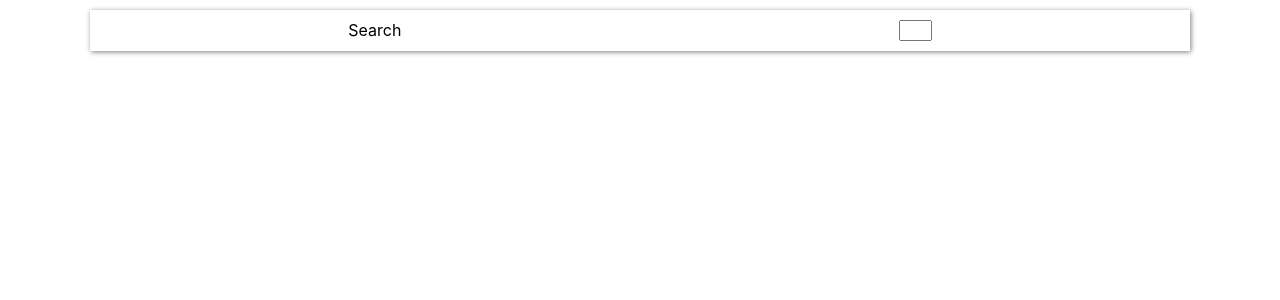
Repository: the-manohar/gallery
Page: /
The author's editor kept a copy of each file at every save. The page is drawn from the files as they stood at one save, then again after the next save.
The browser window is 1280 px wide. The pictures show the whole page.
The project was rebuilt for these pictures with package versions that can differ from the ones it lists, and the page was loaded fresh each time.

Above is the page before, as saved 2020-06-18 22:27:33.

### src/App.js
import React, { useState } from "react";
import "./App.css";

function App() {
  const [value, setValue] = useState("");
  return (
    <div className="App">
      <div className="mydiv">
        <span>Search</span>
        <input
          style={{ width: 25 }}
          type="text"
          value={value}
          onChange={(event) => setValue(event.target.value)}
        />
      </div>
    </div>
  );
}

export default App;

### src/App.css
.App {
  text-align: center;
}
.mydiv {
  display: flex;
  justify-content: space-around;
  margin: 10px 7%;
  box-shadow: 1px 1px 5px grey;
  padding: 10px;
}

Loaded but not shown: public/index.html (common file); src/index.js (common file); src/index.css (common file); src/serviceWorker.js (common file)

After the next save:
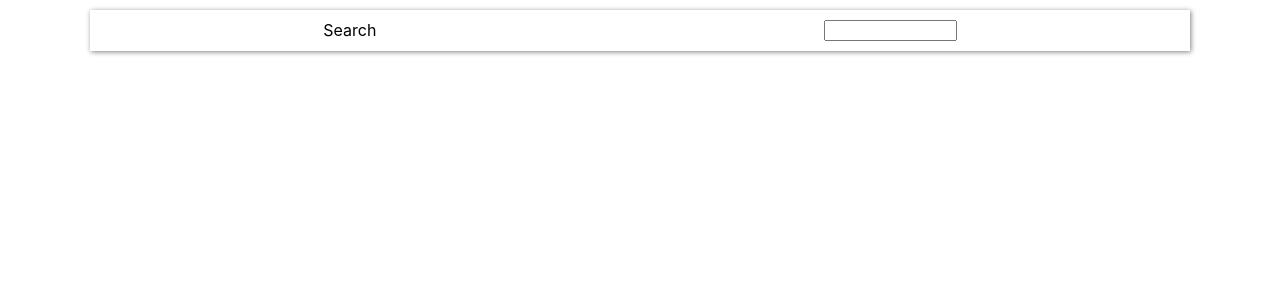
Saved 11 s later.
--- a/src/App.js
+++ b/src/App.js
@@ -8,7 +8,7 @@ function App() {
       <div className="mydiv">
         <span>Search</span>
         <input
-          style={{ width: 25 }}
+          style={{ width: 125 }}
           type="text"
           value={value}
           onChange={(event) => setValue(event.target.value)}
